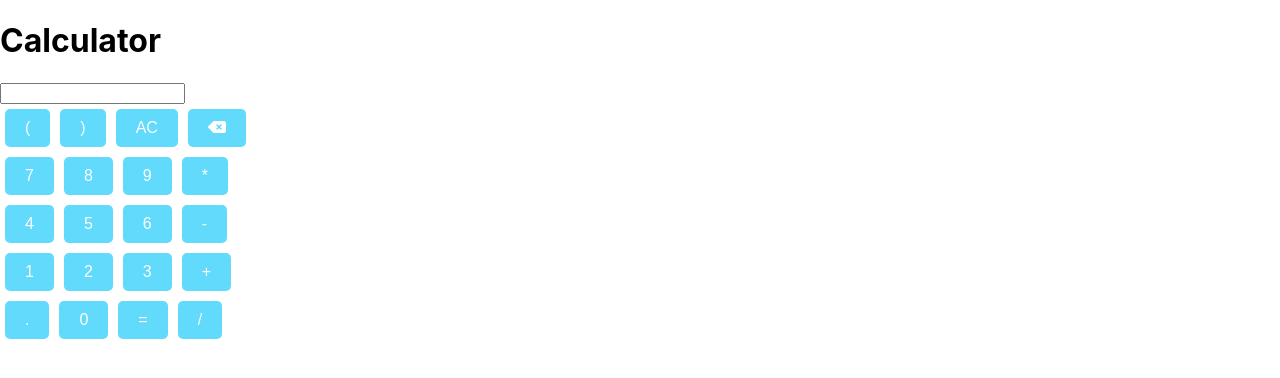
Repository: thesaherriaz/Calculator-React
Page: /
The author's editor kept a copy of each file at every save. The page is drawn from the files as they stood at one save, then again after a run of saves.
The browser window is 1280 px wide. The pictures show the whole page.
The project was rebuilt for these pictures with package versions that can differ from the ones it lists, and the page was loaded fresh each time.

Above is the page before, as saved 2025-06-18 15:09:05.

### public/index.html
<!DOCTYPE html>
<html lang="en">
  <head>
    <meta charset="utf-8" />
    <link rel="icon" href="%PUBLIC_URL%/favicon.ico" />
    <meta name="viewport" content="width=device-width, initial-scale=1" />
    <meta name="theme-color" content="#000000" />
    <meta
      name="description"
      content="Web site created using create-react-app"
    />
    <link rel="apple-touch-icon" href="%PUBLIC_URL%/logo192.png" />
    <link rel="stylesheet" href="https://cdnjs.cloudflare.com/ajax/libs/font-awesome/6.0.0/css/all.min.css">
    <!--
      manifest.json provides metadata used when your web app is installed on a
      user's mobile device or desktop. See https://developers.google.com/web/fundamentals/web-app-manifest/
    -->
    <link rel="manifest" href="%PUBLIC_URL%/manifest.json" />
    <!--
      Notice the use of %PUBLIC_URL% in the tags above.
      It will be replaced with the URL of the `public` folder during the build.
      Only files inside the `public` folder can be referenced from the HTML.

      Unlike "/favicon.ico" or "favicon.ico", "%PUBLIC_URL%/favicon.ico" will
      work correctly both with client-side routing and a non-root public URL.
      Learn how to configure a non-root public URL by running `npm run build`.
    -->
    <title>React App</title>
  </head>
  <body>
    <noscript>You need to enable JavaScript to run this app.</noscript>
    <div id="root"></div>
    <!--
      This HTML file is a template.
      If you open it directly in the browser, you will see an empty page.

      You can add webfonts, meta tags, or analytics to this file.
      The build step will place the bundled scripts into the <body> tag.

      To begin the development, run `npm start` or `yarn start`.
      To create a production bundle, use `npm run build` or `yarn build`.
    -->
  </body>
</html>

### src/App.js
import React from 'react'
import Calculator from './compnents/Calculator'

function App() {
  return (
    <Calculator />
  )
}

export default App

### src/compnents/Calculator.jsx
import React from 'react'
import './Calculator.css'
function Calculator() {
  return (
    <>
        <div className="Calculator">
            <h1>Calculator</h1>
            <input type="text" name="input" id="input" />
            <div>
                <button className='btn-cal'>(</button>
                <button className='btn-cal'>)</button>
                <button className='btn-cal'>AC</button>
                <button className='btn-cal'><i class="fa-solid fa-delete-left"></i></button> <br />
                <button className='btn-cal'>7</button>
                <button className='btn-cal'>8</button>
                <button className='btn-cal'>9</button>
                <button className='btn-cal'>*</button> <br />
                <button className='btn-cal'>4</button>
                <button className='btn-cal'>5</button>
                <button className='btn-cal'>6</button>
                <button className='btn-cal'>-</button> <br />
                <button className='btn-cal'>1</button>
                <button className='btn-cal'>2</button>
                <button className='btn-cal'>3</button>
                <button className='btn-cal'>+</button> <br />
                <button className='btn-cal'>.</button>
                <button className='btn-cal'>0</button>
                <button className='btn-cal'>=</button>
                <button className='btn-cal'>/</button>
            </div>
        </div>
    </>
  )
}

export default Calculator

### src/compnents/Calculator.css
.btn-cal{
  background-color: #61dafb;
  color: white;
  border: none;
  padding: 10px 20px;
  font-size: 16px;
  cursor: pointer;
  border-radius: 5px;
  margin: 5px;
  transition: background-color 0.3s ease;
}

Loaded but not shown: src/index.js (common file); src/index.css (common file); src/reportWebVitals.js (common file)

After the next 4 saves:
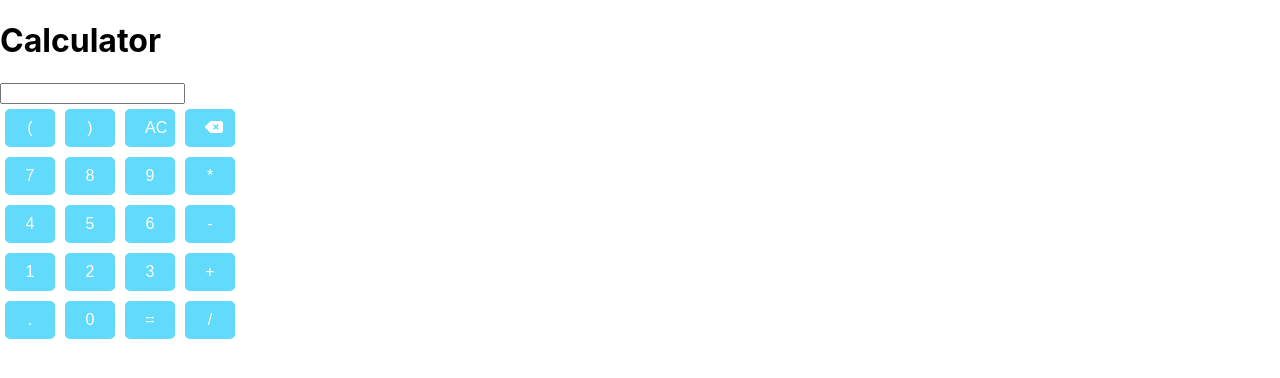
The 4 saves are shown as one change because they came seconds apart.
The last was saved 16 s later.
--- a/src/compnents/Calculator.css
+++ b/src/compnents/Calculator.css
@@ -1,5 +1,6 @@
 .btn-cal{
   background-color: #61dafb;
+  width: 50px;
   color: white;
   border: none;
   padding: 10px 20px;
